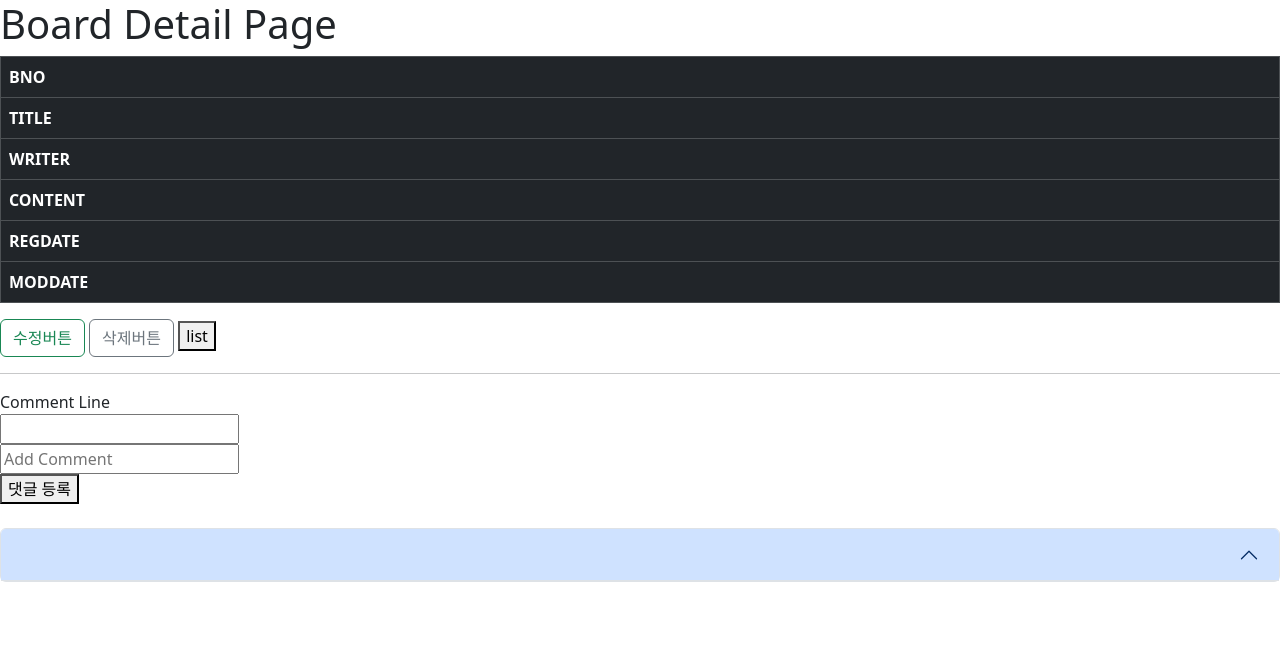
Repository: gatsby5959/_myjsp_workspace_paging_com_2
Page: http://localhost/myjsp_project/board/detail.jsp
An editor plug-in stored every save of this project. The page is shown before and after the next save, followed by the edit.
The browser window is 1280 px wide. The pictures show the whole page.
The page is served by Tomcat 9. Other server files are loaded and not shown. The template is opened directly, without the code that normally fills it, so the values that code supplies are empty.

Above is the page before, as saved 2023-09-24 10:13:51.

### myjsp_project/src/main/webapp/board/detail.jsp
<%@ page language="java" contentType="text/html; charset=UTF-8"
    pageEncoding="UTF-8"%>
<%@ taglib prefix = "c" uri = "http://java.sun.com/jsp/jstl/core" %>
<!DOCTYPE html>
<html>
<head>
<meta charset="UTF-8">
<title>detail.jsp입니다.</title>
<link href="https://cdn.jsdelivr.net/npm/bootstrap@5.3.1/dist/css/bootstrap.min.css" rel="stylesheet" integrity="sha384-4bw+/aepP/YC94hEpVNVgiZdgIC5+VKNBQNGCHeKRQN+PtmoHDEXuppvnDJzQIu9" crossorigin="anonymous">
<script src="https://cdn.jsdelivr.net/npm/bootstrap@5.3.1/dist/js/bootstrap.bundle.min.js" integrity="sha384-HwwvtgBNo3bZJJLYd8oVXjrBZt8cqVSpeBNS5n7C8IVInixGAoxmnlMuBnhbgrkm" crossorigin="anonymous"></script>
</head>
<body>
<h1>Board Detail Page</h1>
	<%-- - 컨트롤러 detail case에서 bvo를 셋 request에 이미 해주었음 그걸 여기서 이렇게 뽑아서 씀 ${bvo.image_File ${bvo.bno} --%>
	<c:if test="${bvo.image_File ne '' && bvo.image_File ne null}">
		<div>
			<img src="/_fileUpload/${bvo.image_File}" alt="NO Image!!">
		</div>
	</c:if>

	<table border=1 class="table table-dark">
		<tr>
			<th>BNO</th>
			<th>${bvo.bno}</th>
		</tr>
		<tr>
			<th>TITLE</th>
			<th>${bvo.title}</th>
		</tr>
		<tr>
			<th>WRITER</th>
			<th>${bvo.writer}</th>
		</tr>
		<tr>
			<th>CONTENT</th>
			<th>${bvo.content}</th>
		</tr>
		<tr>
			<th>REGDATE</th>
			<th>${bvo.regdate}</th>
		</tr>
		<tr>
			<th>MODDATE</th>
			<th>${bvo.moddate}</th>
		</tr>
	</table>

	<%--아이디가 맞으면 보이게 처리--%>
	<c:if test="${ses.id eq bvo.writer}">
		<a href="/brd/modify?bno=${bvo.bno}"><button class="btn btn-outline-success">수정버튼</button></a>
		<a href="/brd/remove?bno=${bvo.bno}"><button class="btn btn-outline-secondary">삭제버튼</button></a>
	</c:if>

	<a href="/brd/pageList"><button type="button">list</button></a>

	<hr>

	<!-- 댓글 등록 라인 -->
	<div>
		Comment Line<br>
		<input type="text" id="cmtWriter" value="${ses.id}" readonly="readonly"><br>
		<input type="text" id="cmtText" placeholder="Add Comment"><br>
		<button type=button id = "cmtAddBtn">댓글 등록</button>
	</div>

	<br>

	<!-- 댓글표시라인 -->  <!-- https://getbootstrap.com/docs/5.3/components/accordion/ --> <!-- https://getbootstrap.com/docs/5.3/getting-started/download/ -->
	<div class="accordion" id="accordionExcample   ">
	<!-- 댓글 아이템 1개 -->
		<div class="accordion-item">
			<h2 class="accordion-header">
				<button class="accordion-button" type="button" data-bs-toggle="collapse" data-bs-target="#collapseOne" aria-expanded="true" aria-controls="collapseOne">
				</button>
			</h2>
		</div>
	</div>
</body>
</html>

After the next save:
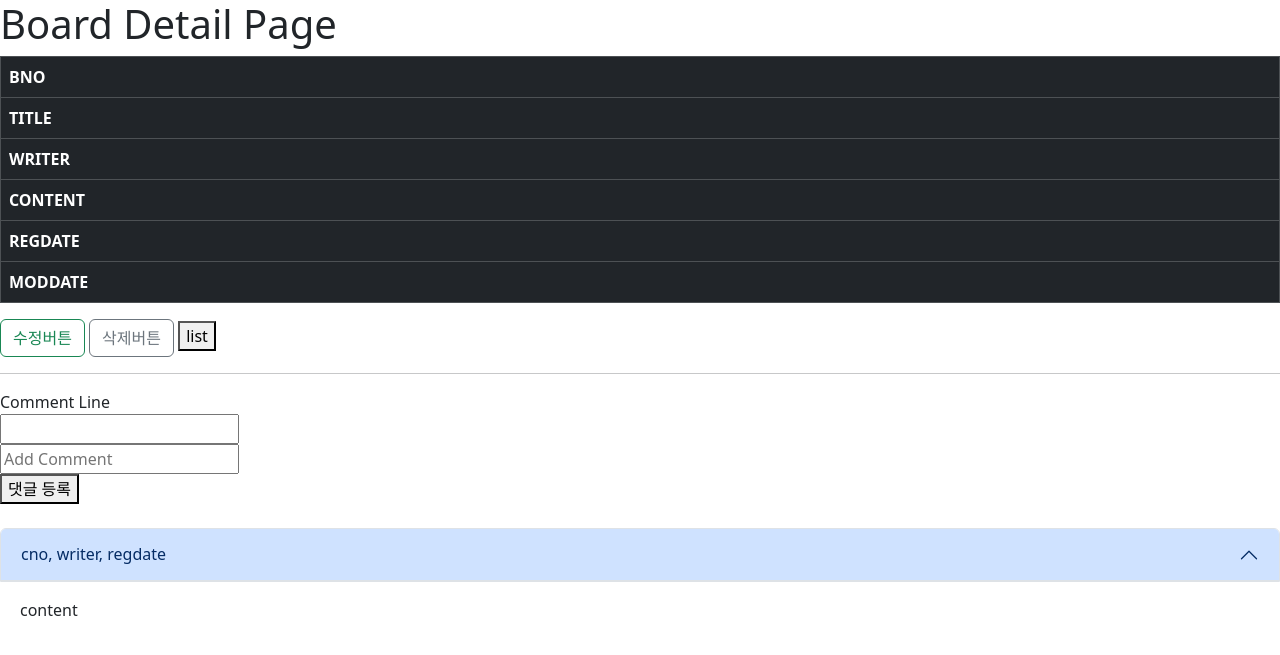
Saved 5 min 16 s later.
--- a/myjsp_project/src/main/webapp/board/detail.jsp
+++ b/myjsp_project/src/main/webapp/board/detail.jsp
@@ -71,8 +71,14 @@
 		<div class="accordion-item">
 			<h2 class="accordion-header">
 				<button class="accordion-button" type="button" data-bs-toggle="collapse" data-bs-target="#collapseOne" aria-expanded="true" aria-controls="collapseOne">
+					cno, writer, regdate
 				</button>
 			</h2>
+		</div>
+		<div id="collapseOne" class="accordion-collapse collapse show" data-bs-parent="#accordionExample">
+			<div class="accordion-body">
+        		content
+      		</div>
 		</div>
 	</div>
 </body>
